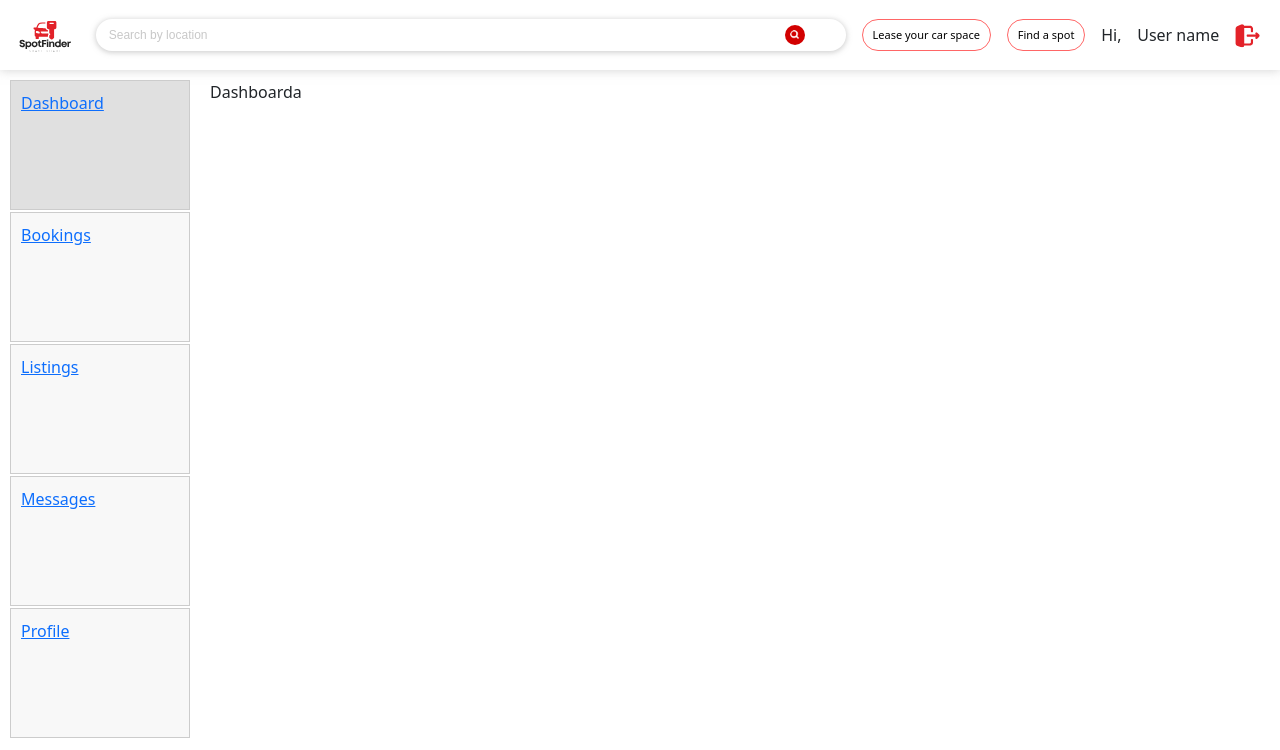
Repository: UNSWSpotFinder/SpotFinder
Page: /dashboard (app in frontend/)
These files come from the project's save history. The page is drawn as it stood at one moment and after a run of saves; the edit follows.
The browser window is 1280 px wide. The pictures show the whole page.
The project was rebuilt for these pictures with package versions that can differ from the ones it lists, and the page was loaded fresh each time. Also part of the build but not shown: frontend/src/Login.css, frontend/src/Login.jsx, frontend/src/Regist.css, frontend/src/Regist.jsx, frontend/src/HomePage.jsx, frontend/src/App.css, frontend/src/components/Bookings.jsx, frontend/src/components/Listings.jsx and 2 more.

Above is the page before, as saved 2024-03-09 20:34:16.

### frontend/src/App.jsx
import logo from './logo.svg';
import React, {
  useState,
  useEffect,
  useRef,
  ChangeEvent,
  LabelHTMLAttributes,
  createContext,
  useContext,
  ReactNode,
} from 'react';
import {HomePageLarge,HomePageAdminSmall,HomePageAdminLarge,HomePageSmall} from './HomePage';
import { ErrorProvider, GlobalSnackbar, ErrorContext } from './API';
import { BrowserRouter, Routes, Route, Link } from 'react-router-dom';
import './App.css';

// 导入Dashboard相关页面组件
import DashboardTop from './components/DashboardTop';
import Dashboard from './components/Dashboard';
import Bookings from './components/Bookings';
import Listings from './components/Listings';
import Profile from './components/Profile';
import Messages from './components/Messages';

function App() {
  const [windowWidth, setWindowWidth] = useState(window.innerWidth);
  useEffect(() => {
    // 添加一个事件监听器，以便在窗口大小改变时更新windowWidth状态
    const handleResize = () => {
      setWindowWidth(window.innerWidth);
    };
    window.addEventListener('resize', handleResize);
    // 清除事件监听器以避免内存泄漏
    return () => {
      window.removeEventListener('resize', handleResize);
    };
  }, []);
  let layoutComponentHost;
  let LayoutComponentHome;
  let LayoutDetail;
  if (windowWidth > 760) {
    layoutComponentHost = null;
    LayoutComponentHome = <HomePageLarge/>;
    LayoutDetail = null;
  } else {
    layoutComponentHost = null;
    LayoutComponentHome = <HomePageSmall/>;;
    LayoutDetail = null;
  }
  return(
    <ErrorProvider>
      <GlobalSnackbar/>
        <BrowserRouter>
          <Routes>
            <Route path="/user/*" element={LayoutComponentHome} />
            {/* DashboardTop作为父路由 */}
            <Route path="/dashboard" element={<DashboardTop />}>
            <Route index element={<Dashboard />} />
            <Route path="bookings" element={<Bookings />} />
            <Route path="listings" element={<Listings />} />
            <Route path="messages" element={<Messages />} />
            <Route path="profile" element={<Profile />} />
          </Route>
            {/* Keep the wildcard route to catch all and render Home */}
            <Route path="/*" element={LayoutComponentHome} />
          </Routes>
        </BrowserRouter>
    </ErrorProvider>
  )
}

export default App;

### frontend/src/API.jsx
import Alert from '@mui/material/Alert';
import Snackbar from '@mui/material/Snackbar';
import Button from '@mui/material/Button';
import Stack from '@mui/material/Stack';
import React, { useState, useEffect, createContext,useContext } from 'react';

import { styled } from '@mui/material';
const port = '8080';
export const meetErrorLog = (error) => {
    console.log(error);
    let errorText = '';
    // switch case to show the error
    switch (error) {
      case 'info':
        errorText = 'Invalid username or password !';
        break;
      case 'access':
        errorText = 'No permission, please log in first!';
        break;
      default:
        errorText = 'Network error! Please try again.';
        break;
    }
    return errorText;
  };
export const ErrorContext = createContext({
    snackbarData: { severity: 'info', message: '1',timestamp: new Date().getTime()},
    setOpenSnackbar: () => {}, // 提供一个空函数避免调用时出错
  });
export const useError = () => useContext(ErrorContext);
export const ErrorProvider = ({ children }) => {
  const [snackbarData, setSnackbarData] = useState({
    severity: 'success',
    message: '',
    timestamp: new Date().getTime()
  });
  const setOpenSnackbar = (data) => {
    setSnackbarData(data);
  };
  return (
    <ErrorContext.Provider value={{snackbarData,setOpenSnackbar}}>
      {children}
    </ErrorContext.Provider>
  );
};
// The message to be displayed in the Snackbar
export const GlobalSnackbar = () => {
const { snackbarData, setOpenSnackbar } = useError();
// State to manage the visibility of the Snackbar
const [open, setOpen] = useState(false);
  useEffect(() => {
    console.log('Alert severity:', snackbarData.severity);
    console.log('Alert :', snackbarData.message);
    if (snackbarData.message) {
      setOpen(true);
    }
  }, [snackbarData.message, snackbarData.timestamp]);

  const handleClose = (event, reason) => {
    if (reason === 'clickaway') {
      return;
    }
    setOpen(false);
  };

return (
    // Snackbar component with automatic hiding and custom styling
    <Snackbar open={open} autoHideDuration={6000} onClose={handleClose}>
        <Alert onClose={handleClose} severity={snackbarData.severity}>
        {snackbarData.message}
        </Alert>
  </Snackbar>
);
};
export const callAPIsendEmailCode = (path,input)=>{
    return new Promise((resolve, reject) =>{
        fetch('http://localhost:'+String(port)+'/'+String(path),{
        method:'POST',
        headers: { 'Content-Type': 'application/json' },
        body:JSON.stringify(input),
        })
        .then((response)=>{
            if(response.ok){
                console.log('success');
                console.log(response);
                return resolve(response);
            }
            else if (response.status===400){
                const errorReason = 'Email not correct!';
                return reject(errorReason);
            }
            else{
                const errorReason = 'There is a problem with the network connection!';
                return reject(errorReason);
            }
        })
        .catch((error)=>{
            console.log(error);
        })
    })

}
export const callAPIverifyEmailCode = (path,input)=>{
    return new Promise((resolve, reject) =>{
        console.log(input);
        console.log('http://localhost:'+String(port)+'/'+String(path));
        fetch('http://localhost:'+String(port)+'/'+String(path),{
        method:'POST',
        headers: { 'Content-Type': 'application/json' },
        body:JSON.stringify(input),
        })
        .then((response)=>{
            if(response.ok){
                console.log('success');
                return resolve(response.json());
            }
            else if (response.status===400){
                const errorReason = 'Incorrect verification code.';
                return reject(errorReason);
            }
            else{
                const errorReason = 'There is a problem with the network connection!';
                return reject(errorReason);
            }
        })
        .catch((error)=>{
            console.log(error);
        })
    })

}
export const callAPIloginUser=(path,input)=>{

}
// 用户注册
export const callAPIRegistUser=(path,input)=>{
     return new Promise((resolve, reject) =>{
        console.log(input);
        console.log('http://localhost:'+String(port)+'/'+String(path));
        fetch('http://localhost:'+String(port)+'/'+String(path),{
        method:'POST',
        headers: { 'Content-Type': 'application/json' },
        body:JSON.stringify(input),
        })
        .then((response)=>{
            if(response.ok){
                console.log('success');
                return resolve(response.json());
            }
            else if (response.status===417){
                const errorReason = 'This email has been registed!';
                return reject(errorReason);
            }
            else{
                const errorReason = 'There is a problem with the network connection!';
                return reject(errorReason);
            }
        })
        .catch((error)=>{
            console.log(error);
        })
    })
}
// 用户登录
export const callAPILoginUser=(path,input)=>{
    return new Promise((resolve, reject) =>{
       console.log(input);
       console.log('http://localhost:'+String(port)+'/'+String(path));
       fetch('http://localhost:'+String(port)+'/'+String(path),{
       method:'POST',
       headers: { 'Content-Type': 'application/json' },
       body:JSON.stringify(input),
       })
       .then((response)=>{
           if(response.ok){
               console.log('success');
               return resolve(response.json());
           }
           else if (response.status===401){
               const errorReason = 'Username does not exist or password is incorrect!';
               return reject(errorReason);
           }
           else{
               const errorReason = 'There is a problem with the network connection!';
               return reject(errorReason);
           }
       })
       .catch((error)=>{
           console.log(error);
       })
   })
}
// 密码修改
export const callAPIResetPwdUser=(path,input)=>{
    return new Promise((resolve, reject) =>{
       console.log(input);
       console.log('http://localhost:'+String(port)+'/'+String(path));
       fetch('http://localhost:'+String(port)+'/'+String(path),{
       method:'POST',
       headers: { 'Content-Type': 'application/json' },
       body:JSON.stringify(input),
       })
       .then((response)=>{
           if(response.ok){
               console.log('success');
               return resolve(response.json());
           }
           else if (response.status===401){
               const errorReason = 'Username does not exist or password is incorrect!';
               return reject(errorReason);
           }
           else{
               const errorReason = 'There is a problem with the network connection!';
               return reject(errorReason);
           }
       })
       .catch((error)=>{
           console.log(error);
       })
   })
}

### frontend/src/components/DashboardTop.jsx
import React from 'react';
import { NavLink, Outlet } from 'react-router-dom';
import './DashboardTop.css';
import '../HomePage.css';

const DashboardTop = () => {
  return (
    <div className="dashboard-top">
      <div className="Navbar">
        {/* Logo图像 */}
        <img src='/img/LOGO.svg' className='Applogo'></img>
        {/* 搜索区域 */}
        <div className='SearchPart'>
          <img className='searchbtn' src='/img/search.png'></img>
          <input className='Searchbar' placeholder='Search by location'></input>
        </div>
        <button className='top-button'>Lease your car space</button>
        <button className='top-button'>Find a spot</button>
        <span>Hi, </span>
        <span>User name </span>
        <button className="button-with-image">
          <img src='/img/SignOut.svg' alt='Sign Out' className='sign-out-img' />
        </button>
      </div>

      {/* Top以下区域 */}
      <div className="content-area">
        {/* 侧边栏 */}
        <div className="side-nav">
          <NavLink to="/dashboard" className={({ isActive }) => isActive ? 'side-nav-spcific active' : 'side-nav-spcific'}>Dashboard</NavLink>
          <NavLink to="/dashboard/bookings" className={({ isActive }) => isActive ? 'side-nav-spcific active' : 'side-nav-spcific'}>Bookings</NavLink>
          <NavLink to="/dashboard/listings" className={({ isActive }) => isActive ? 'side-nav-spcific active' : 'side-nav-spcific'}>Listings</NavLink>
          <NavLink to="/dashboard/messages" className={({ isActive }) => isActive ? 'side-nav-spcific active' : 'side-nav-spcific'}>Messages</NavLink>
          <NavLink to="/dashboard/profile" className={({ isActive }) => isActive ? 'side-nav-spcific active' : 'side-nav-spcific'}>Profile</NavLink>

        </div>
        {/* 主要内容区域 */}
        <div className="main-content">
          <Outlet />
        </div>
      </div>
    </div>
  );
};

export default DashboardTop;

### frontend/src/components/Dashboard.jsx
import React from 'react';
import DashboardTop from './DashboardTop';

const Dashboard = () => {
  // 组件的状态和逻辑

  return (
    <div className='Dashboard'>
      {/* 组件的JSX结构 */}
      Dashboarda
    </div>
  );
}

export default Dashboard;

### frontend/src/HomePage.css
.HomeOverall {
    width: 100%;
    height: 100%;
    margin: 0px;
    padding: 0px;
    display: flex;
    flex-direction: column;
    align-items: center;
}
div.Navbar{
    width: 100%;
    height: 70px;
    margin: 0px 0px 0px 0px;
    padding: 0px 10px 0px 0px;
    display: flex;
    align-items: center;
    justify-content: space-between;
    box-shadow: 0px 0px 10px 0px rgba(164, 164, 164, 0.5);
}
div.SearchPart{
    width: calc(100% - 520px);
    min-width: 200px;
    height: 100%;
    margin: 0px;
    padding: 0px;
    display: flex;
    justify-content: center;
    align-items: center;
    align-content: center;
    flex-direction: row;
}
div.SearchPartsmall{
    width: calc(100% - 320px);
    height: 100%;
    margin: 0px;
    padding: 0px;
    display: flex;
    justify-content: center;
    align-items: center;
    align-content: center;
    flex-direction: row;
}
input.Searchbar{
    width: 100%;
    border-radius: 25px;
    padding-left: 13px;
    height: 45%;
    border: 0px;
    transition: box-shadow 0.3s;
    box-shadow: 0px 1px 5px 1px rgba(170, 170, 170, 0.5);
    position: relative;
    font-size: 12px;
    font-family:Arial, Helvetica, sans-serif;
}
input.Searchbar::placeholder{
    color: rgb(200, 200, 200);
}
img.searchbtn{
    border-radius: 20px;
    width: 20px;
    height: 20px;
    margin: 0px 0px 0px 10px;
    padding: 5px;
    right: 475px;
    position: absolute;
    z-index: 1;
    background-color: rgb(210, 0, 0);
    cursor: pointer;
}
img.searchbtnsmall{
    border-radius: 20px;
    width: 20px;
    height: 20px;
    margin: 0px;
    padding: 5px;
    right: 260px;
    position: absolute;
    z-index: 1;
    background-color: rgb(210, 0, 0);
    cursor: pointer;
}
input.Searchbar:hover{
    box-shadow: 0px 1px 10px 1px rgba(164, 164, 164, 0.5);
}
img.searchbtn:hover + .Searchbar {
    box-shadow: 0px 1px 10px 1px rgba(164, 164, 164, 0.5);
}
img.searchbtnsmall:hover + .Searchbar {
    box-shadow: 0px 1px 10px 1px rgba(164, 164, 164, 0.5);
}
button.newspace{
    border-radius: 30px;
    min-width: 200px;
    max-width: 200px;
    font-weight: bold;
    border: 0px;
    margin-left: 20px;
    height: 50%;
    background-color: rgb(250, 250, 250);
    border: 1px solid rgb(230, 230, 230);
    color: rgb(114, 114, 114);
    transition: 0.3s;
    font-size: 12px;
    cursor: pointer;
}
button.newspace:hover{
    color: rgb(0, 0, 0);
    background-color: rgb(230, 230, 230);
}
div.signwarper{
    margin: 0px 10px 0px 0px;
    height: 100%;
    display: flex;
    align-items: center;
}
button.sign{
    border-radius: 5px;
    width: 100px;
    font-weight: bold;
    border: 0px;
    margin-left:15px;
    height: 50%;
    background-color: rgb(255, 255, 255);
    border: 1px solid rgb(0, 0, 0);
    transition: 0.3s;
    font-size: 12px;
    cursor: pointer;
}
button.sign:hover{
    background-color: rgb(230, 230, 230);
}
input:focus {
    outline: none;
}
img.Applogo{
    height: 100%;
    margin: 0px 0px 0px 10px;
}
p.image-container-title{
    font-weight: 800;
    font-family: Arial;
    position: absolute;
    top: calc(10vw); /* 根据需要调整 */
    left: 5%; /* 根据需要调整 */
    width: 60%;
    color: rgb(0, 0, 0); /* 文字颜色 */
}
p.image-container-title-small{
    font-weight: 800;
    font-size: 20px;
    font-family: Arial;
    position: absolute;
    top: calc(15vw); /* 根据需要调整 */
    left: 5%; /* 根据需要调整 */
    width: 60%;
    color: rgb(0, 0, 0); /* 文字颜色 */
}
p.image-container-sub{
    font-weight: 400;
    font-family: Arial;
    position: absolute;
    left: 5%; /* 根据需要调整 */
    color: rgb(0, 0, 0); /* 文字颜色 */
}
p.image-container-sub-small{
    font-size: 12px;
    font-weight: 400;
    width: 44%;
    top: calc(28vw);
    font-family: Arial;
    position: absolute;
    left: 5%; /* 根据需要调整 */
    color: rgb(0, 0, 0); /* 文字颜色 */
}
p.image-container-txt{
    font-weight: 200;
    font-family: Arial;
    position: absolute;
    left: 5%; /* 根据需要调整 */
    width: 40%;
    color: rgb(0, 0, 0); /* 文字颜色 */
}
p.image-container-txt-small{
    font-size: 12px;
    font-weight: 400;
    width: 40%;
    top: calc(42vw);
    font-weight: 200;
    font-family: Arial;
    position: absolute;
    left: 5%; /* 根据需要调整 */
    color: rgb(0, 0, 0); /* 文字颜色 */
}
@media (max-width: 1200px) {
    p.image-container-sub{
        font-size: 19.0px;
        top: calc(25vw); /* 根据需要调整 */
        width: 45%;
    }
    p.image-container-txt{
        font-size: 20px;
        top: calc(40vw); /* 根据需要调整 */
    }
    p.image-container-title{
        font-size: 30px;
    }
}
@media (min-width: 1200px) {
    p.image-container-sub{
        font-size: 25px;
        width: 40%;
        top: calc(24vw); /* 根据需要调整 */
    }
    p.image-container-txt{
        font-size: 25px;
        top: calc(38vw); /* 根据需要调整 */
    }
    p.image-container-title{
        font-size: 45px;
    }
}

div.FilterPart{
    height: 80px;
    width: 100%;
    padding: 5px;
    background-color: #f9f9f9;
    display: flex;
    justify-content: space-between;
    align-items:center;
}
div.FilterPart-small{
    height: 155px;
    width: 100%;
    background-color: #f9f9f9;
    display: flex;
    flex-direction: column;
    justify-content: space-between;
    padding: 10px 10px 10px 10px;
    border-bottom: 1px solid rgb(238, 238, 238);
}

div.filter-top{
    display: flex;
    align-items: center;
    justify-content: space-between;
}
div.inner-left{
    display: flex;
    flex-direction: column;
    height: 100%;
    margin-right: 20px;
}
select.mglr{
    margin: 0px 5px 0px 0px;
    width: 10%;
    min-width: 130px;
    height: 70%;
    font-size: 12px;
    border-radius: 20px;
}
select.mglr-s{
    margin: 0px 5px 5px 0px;
    width: 10%;
    min-width: 130px;
    font-size: 12px;
    border-radius: 20px;
}
select.mglr-r{
    margin: 0px 5px 0px 0px;
    width: 10%;
    min-width: 90px;
    height: 70%;
    font-size: 12px;
    border-radius: 20px;
}
select.mglr-s-r{
    margin: 0px 5px 0px 0px;
    width: 100px;
    min-width: 90px;
    height: 70%;
    font-size: 12px;
    border-radius: 20px;
}
.popular{
    background-color: white !important;
    color: black !important;
}
div.pricerange{
    display: flex;
    flex-direction: column;
    height: 100%;
    justify-content: center;
    align-items: center;
    padding: 0px;
    margin: 0px;
    margin-left: 5px;
    align-items: center;
}
label.pricerange{
    font-size: 13px;
    font-weight: 500;
    color: black;
    padding: 0px;
}
input.pricerange{
    width: 50px;
    height: 50%;
    font-size: 14px;
    border-radius: 10px;
    border-width: 1px;
    border-style: solid;
    border-color: rgb(0, 0, 0);
    margin: 0px;
    padding: 0px 5px;
}
label.pricerange-s{
    font-size: 15px;
    font-weight: 500;
    color: black;
    padding: 0px 5px 0px 0px;
}
input.pricerange-s{
    height: 60%;
    width: 60%;
    font-size: 16px;
    border-radius: 10px;
    border-width: 1px;
    border-style: solid;
    border-color: rgb(0, 0, 0);
    margin: 0px 5px 0px 0px;
    padding: 0px 5px;
}
.timechoice{
    width: 20%;
    margin: 0px 5px 0px 0px;
}
.timechoice-s{
    margin: 0px 10px;
    width: 40%;
}
div.hflex{
    display: flex;
    height: 100%;
    align-items: center;
}
button.selectcar{
    width: 140px;
    font-size: 10px;
    height: 50px;
    background-color: black;
    color: white;
    font-weight: 500;
    border: 0px;
    border-radius: 10px;
    transition: 0.3s;
    margin-left: 5px;
}
button.selectcar:hover{
    background-color: rgb(55, 55, 55);
    color: rgb(255, 255, 255);
}
div.marginLR{
    display: flex;
    margin: 0px 5px;
    width: 100%;
}
div.ListingPart{
    width: 100%;
    margin-top: 15px;
    margin-bottom: 15px;
    padding: 0px 0px 0px 10px;
    display: flex;
    flex-wrap: wrap;
}
div.SpaceOverall{
    height: 135px;
    box-shadow: 0px 0px 10px 0px rgba(164, 164, 164, 0.5);
    border-radius: 10px;
    display: flex;
    align-items: center;
    padding: 0px 7px;
    margin: 0px 10px 10px 0px;
}

@media (max-width: 800px) {
    div.SpaceOverall{
        width: calc(100vw - 15px);
        min-width: 385px;
    }
}

@media (max-width: 1200px) and (min-width:800px) {
    div.SpaceOverall{
        width: calc(50vw - 15px);
        min-width: 385px;
    }
}

@media (min-width: 1200px) {
    div.SpaceOverall{
        width: calc(33.33vw - 14px);
    }
}

img.spaceimg{
    border-radius: 12px;
    object-fit: cover;
}
div.info{
    height:90%;
    margin-left:10px ;
    width: 100%;
}
p.space-title{
    padding: 0px;
    margin: 0px;
    font-size: 16px;
    color: #555555;
}
p.space-price{
    padding: 0px;
    margin: 0px;
    font-size: 12px;
    margin-top: 4px;
    color: #7F7F7F;
}
p.space-location{
    padding: 0px;
    margin: 0px;
    font-size: 12px;
    margin-top: 2px;
    color: #7F7F7F;
}
p.space-type{
    padding: 0px;
    margin: 0px;
    font-size: 12px;
    margin-top: 2px;
    color: #7F7F7F;
    margin-bottom: 2px;
}
div.order-part{
    display: flex;
    margin-top: 7px;
}
img.order-times{
    width: 20px;
    height: 20px;
}
p.times{
    padding: 0px;
    margin: 0px 0px 0px 3px;
    font-size: 13px;
    color: #7F7F7F;
}
div.right-top{
    display: flex;
    flex-direction: row;
    justify-content: space-between;
    width: 100%;
}
div.right-bottom{
    display: flex;
    flex-direction: row;
    justify-content: space-between;
    width: 100%;
    height: 30px;
    margin-bottom: 5px;
}
div.rate-part{
    display: flex;
    justify-content: center;
}
img.rate-img{
    width: 20px;
    height: 20px;
    margin-right: 2px;
}
p.rate-txt{
    color: #333333;
    font-size: 14px;
    margin: 0px;
    padding: 0px;
}
button.specific-info{
    border: 0px;
    background-color:#E22229;
    border-radius: 5px;
    color: white;
    height: 30px;
    width: 180px;
    font-size: 12px;
    font-weight: 500;
    transition: 0.3s;
    margin: 1px 0px;
}
button.specific-info:hover{
    background-color:#ba191e;
}
div.filter-bottom{
    display: flex;
    align-items: center;
    justify-content: space-between;
}

### frontend/src/components/DashboardTop.css
/* DashboardTop.css */

/* 整体布局 */
.dashboard-top {
    display: flex;
    flex-direction: column;
    height: 100vh; /* 使布局填满整个视口高度 */
  }

/* 顶部导航部分 */
.top-button {
    padding: 7px 10px;
    border: 1px solid #f66;
    border-radius: 25px;
    outline: none;
    background-color: #fff;
    cursor: pointer;
    box-shadow: none;
    transition: box-shadow 0.3s;
    font-size: 11px;
  }

.top-button:hover {
    box-shadow: 0 0 10px #f66; /* 鼠标悬停时的外部阴影 */
  }

.top-button:active {
    box-shadow: inset 0 0 10px #f66; /* 点击时的内部阴影 */
  }
.sign-out-img {
    height: 25px;
    margin-right: 10px;
  }

.button-with-image {
    background: none; /* 无背景 */
    border: none; /* 无边框 */
    padding: 0; /* 无内边距 */
  }

/* TODO: */
/* Top以下区域，包含侧边导航和主内容区 */
.content-area {
    display: flex;
    flex-grow: 1; /* 占据剩余空间 */
  }

/* 侧边导航样式 */
.side-nav {
    display: flex;
    flex-direction: column;
    width: 200px; /* 定宽 */

    padding: 10px; /* 内边距 */
  }

.side-nav-spcific {
    background-color: #f5f5f5; /* 浅色背景 */
    height: 130px;
    margin-bottom: 2px;
    padding: 10px; /* 内边距 */
    border: 1px solid #cccccc; /* 添加底部边框 */
    background-color: #f8f8f8; /* 初始背景颜色 */
    cursor: pointer; /* 鼠标悬停时变为手形图标 */
    transition: background-color 0.3s, box-shadow 0.3s; /* 过渡动画效果 */
  }
  /* 鼠标悬停时的样式 */
.side-nav-spcific:hover {
    background-color: #ffffff; /* 悬停时的背景颜色变为白色 */
    box-shadow: 0 0 10px rgba(0, 0, 0, 0.2); /* 悬停时的外部阴影效果 */
  }
  /* 点击时的样式 */
.side-nav-spcific:active {
    box-shadow: inset 0 0 10px rgba(0, 0, 0, 0.2); /* 点击时的内部阴影效果 */
  }

  /* 当前激活的导航项样式 */
.side-nav-spcific.active {
    background-color: #e0e0e0; /* 选中项的背景颜色 */
    /* 可以添加更多的样式来区分激活的导航项 */
  }

/* 主内容区域样式 */
.main-content {
    flex-grow: 1; /* 占据剩余空间 */
    padding: 10px; /* 内边距 */
  }

Loaded but not shown: frontend/public/index.html (common file); frontend/src/index.js (common file); frontend/src/index.css (common file); frontend/src/reportWebVitals.js (common file)

After the next 2 saves:
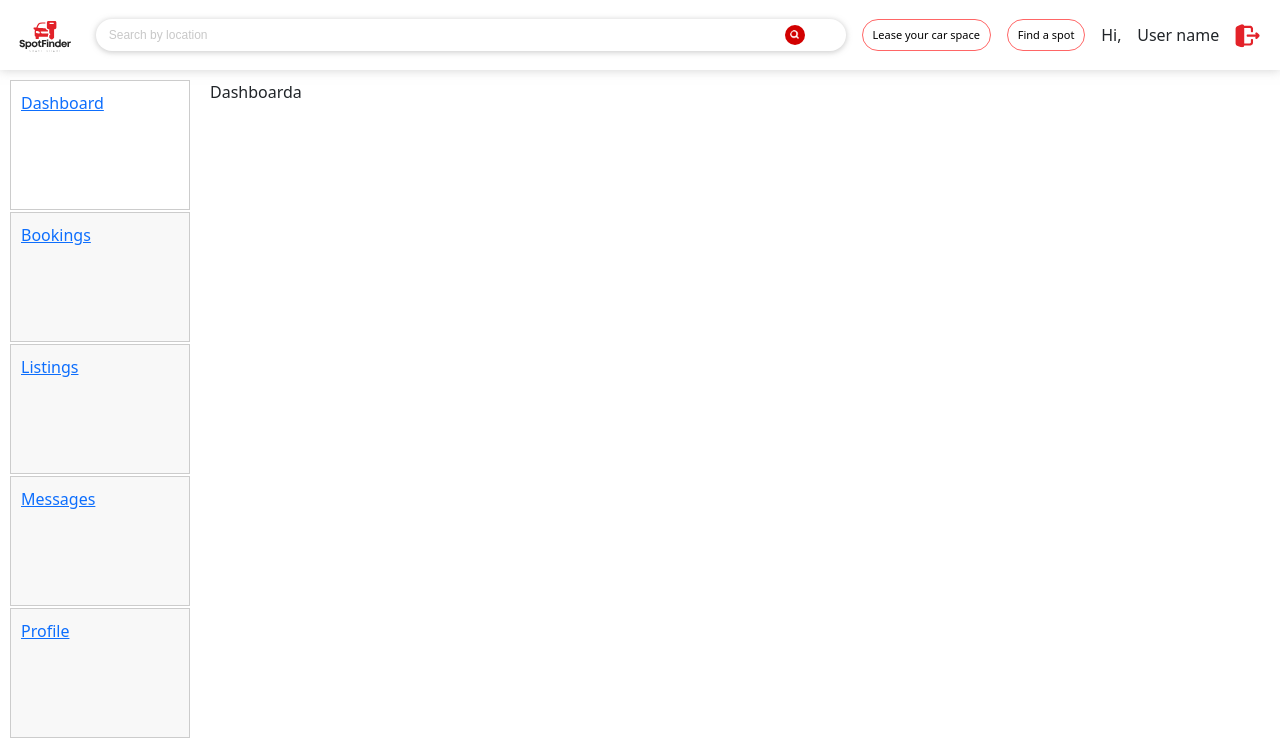
The 2 saves are shown as one change because they came seconds apart.
The last was saved 47 s later.
--- a/frontend/src/components/DashboardTop.css
+++ b/frontend/src/components/DashboardTop.css
@@ -76,7 +76,7 @@
 
   /* 当前激活的导航项样式 */
 .side-nav-spcific.active {
-    background-color: #e0e0e0; /* 选中项的背景颜色 */
+    background-color: #fff; /* 选中项的背景颜色 */
     /* 可以添加更多的样式来区分激活的导航项 */
   }
 
